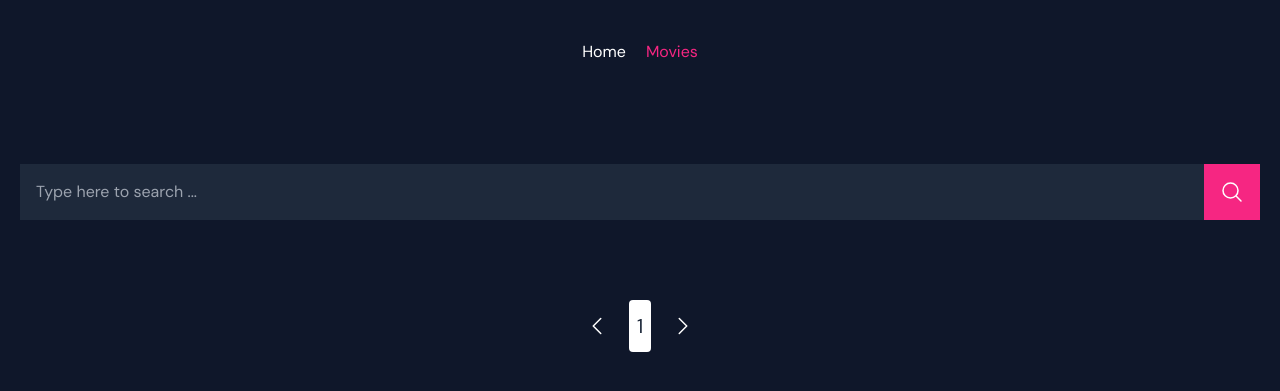
Repository: thanhdinh01/simple-movie
Page: /movies
These files come from the project's save history. The page is drawn as it stood at one moment and after the next save; the edit follows.
The browser window is 1280 px wide. The pictures show the whole page.
The page's requests for data from a server got no answer. The project was rebuilt for these pictures with package versions that can differ from the ones it lists, and the page was loaded fresh each time. No one was signed in, and anything a server would have sent is missing. Also part of the build but not shown: src/components/banner/Banner.js, src/components/movie/MovieCard.js, src/components/movie/MovieList.js, src/pages/HomePage.js, src/pages/MovieDetailPage.js.

Above is the page before, as saved 2023-03-01 11:17:10.

After the next save:
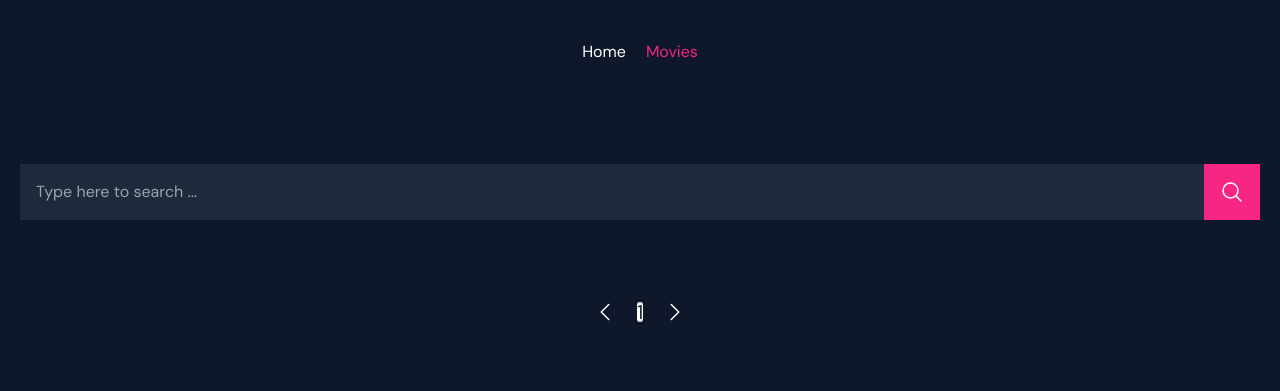
Saved 32 s later.
--- a/src/pages/MoviePage.js
+++ b/src/pages/MoviePage.js
@@ -97,7 +97,7 @@ const MoviePage = () => {
             />
           </svg>
         </span>
-        <span className="cursor-pointer bg-white text-slate-800 px-2 py-4 rounded leading-none text-xl">
+        <span className="cursor-pointer bg-white text-slate-800  rounded leading-none text-xl">
           1
         </span>
         <span className="cursor-pointer">
